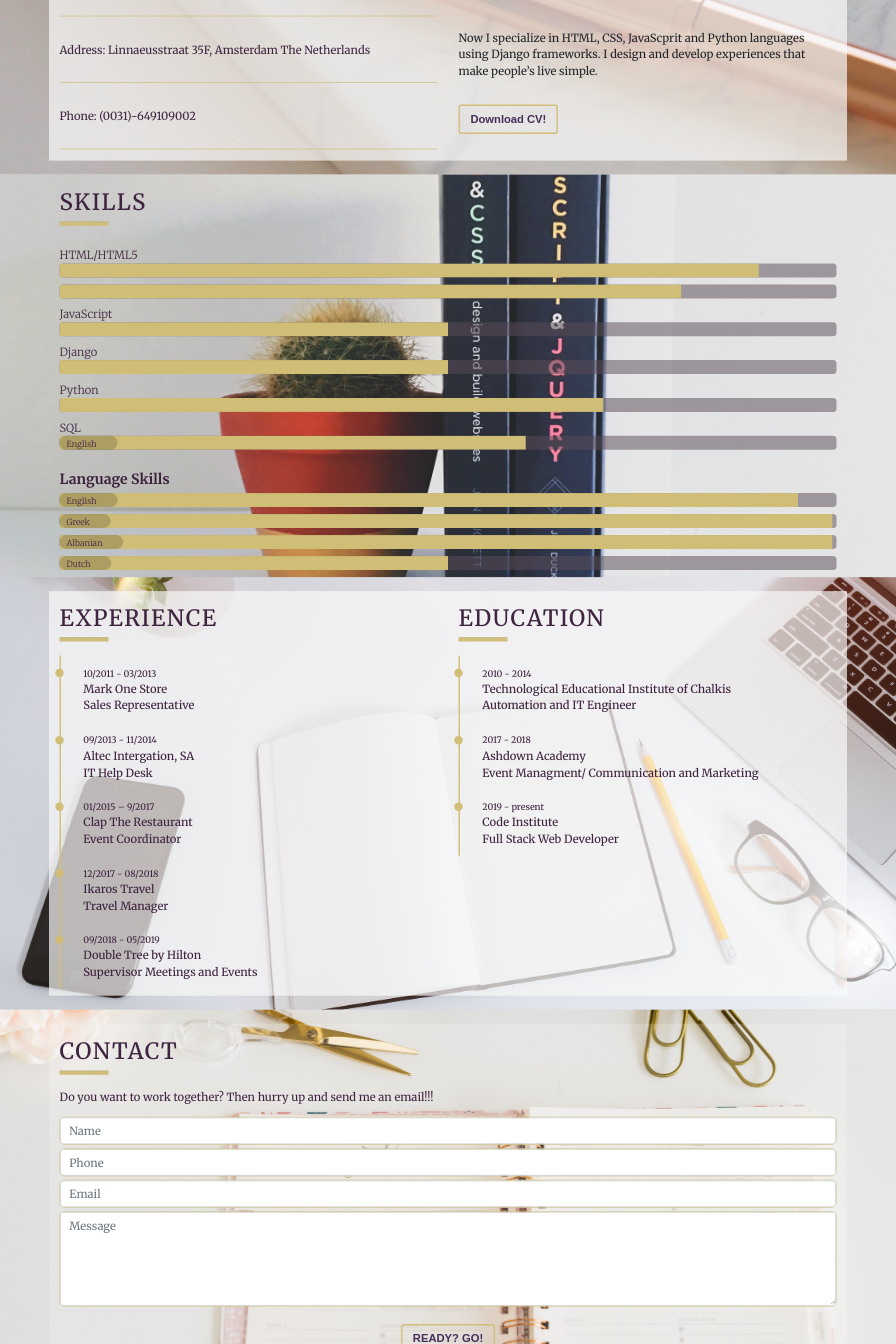
Repository: edshuli/Portfolio
Page: index.html
The author's editor kept a record of every edit. The page is drawn from the files as they stood at one moment, then again after the next edit.
The browser window is 1280 px wide. The pictures show the part of the page from y = 988 to 2908 px (the page is 3023 px tall before and 3008 px after), at 70% of full size.
Backgrounds fixed to the window are drawn as part of the page. Some web fonts or font styles are not loaded; a fallback is used.

Above is the page before.

After the next edit:
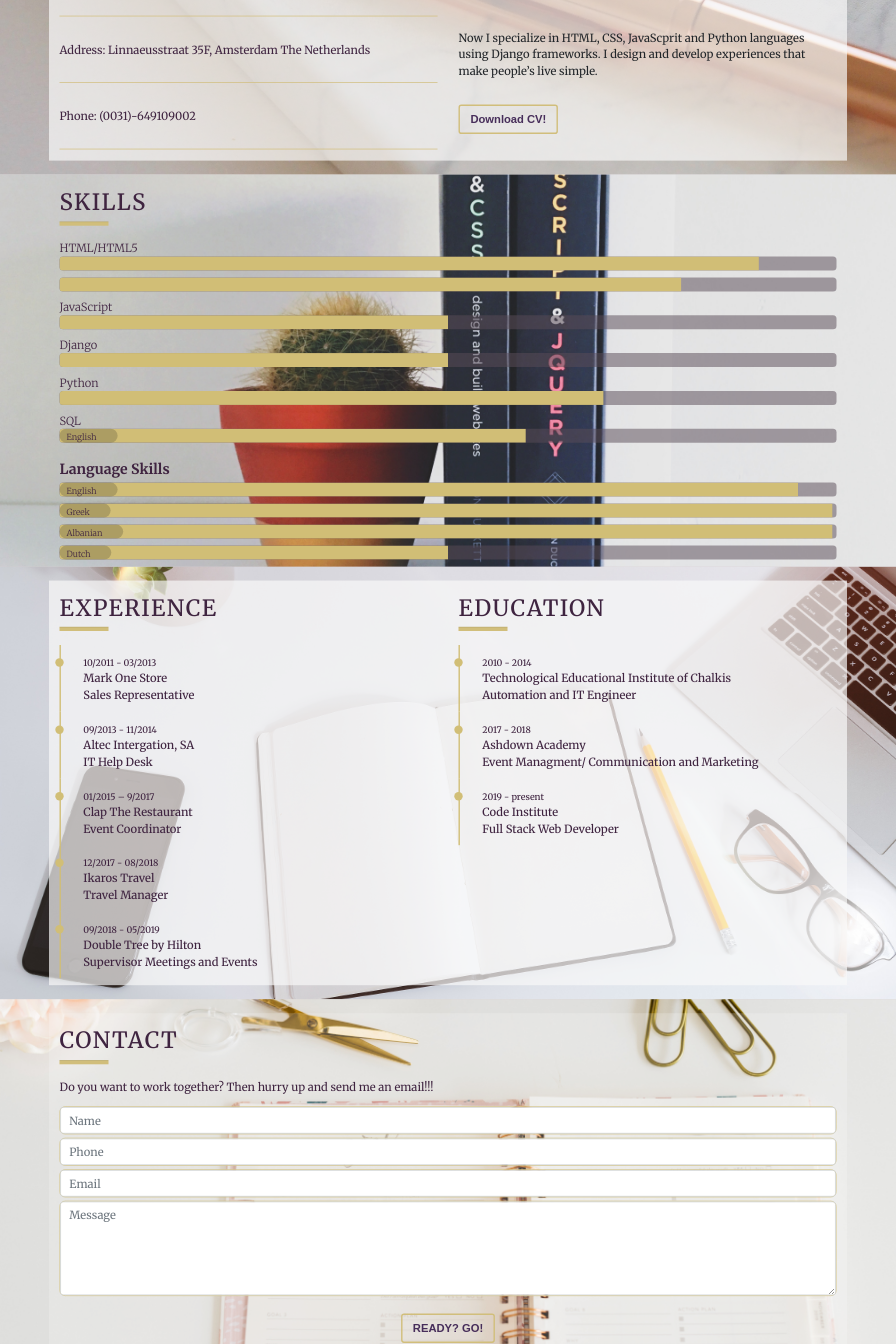
The edit:
--- a/assets/css/style.css
+++ b/assets/css/style.css
@@ -219,8 +219,8 @@
 
 
 .skills-item-container {
-    margin-top: 10px;
-    margin-bottom: 20px
+    margin-top: 0;
+    margin-bottom: 15px;
 }
 
 .skill-item-desc {
